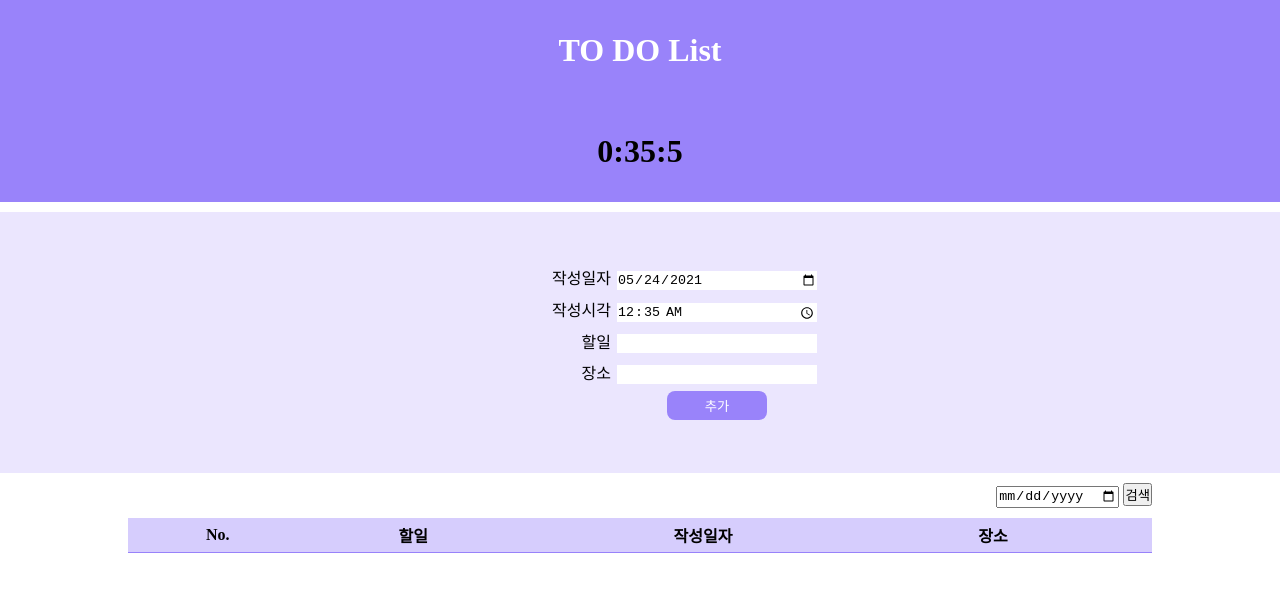
Repository: soyeon-noh/TodoList_Project
Page: http://localhost/Server_PR_TodoList/
These files come from the project's save history. The page is drawn as it stood at one moment and after the next save; the edit follows.
The browser window is 1280 px wide. The pictures show the whole page.
The page is served by Tomcat 9. Other server files are loaded and not shown. Queries for data that is not in the repository find no rows.

Above is the page before, as saved 2021-05-25 06:04:18.

### Server_PR_TodoList/src/main/webapp/WEB-INF/views/home.jsp
<%@ page language="java" contentType="text/html; charset=UTF-8"
    pageEncoding="UTF-8"%>
<%@ taglib uri="http://java.sun.com/jsp/jstl/core"
			prefix="c"%>
<c:set value="${pageContext.request.contextPath}"
		var="rootPath"/>
<!DOCTYPE html>
<html>
<head>
<meta charset="UTF-8">
<title>TODOList 메인화면</title>
<link href="${rootPath}/static/css/home.css?ver4" rel="stylesheet"/>

<style>

</style>


</head>
  <body>
  	<%@ include file="/WEB-INF/views/include_nav.jsp" %>
    <form class ="v1" method="POST">
    	<div>
    		<label for="date">작성일자</label>
    		<input name="td_date"
    				type="date" value="${TD.td_date}">
    	</div>

    	<div>
    		<label for="time">작성시각</label>
    		<input name="td_time"
    				type="time" value="${TD.td_time}">
    	</div>

    	<div>
    		<label for="todo">할일</label>
    		<input name="td_todo"
    				type="text" value="${TD.td_todo}">
    	</div>

    	<div>
    		<label for="place">장소</label>
    		<input name="td_place"
    				type="text" value="${TD.td_place}">
    	</div>
    	<div>
    		<label></label>
   			<button class="btn_insert" type="button">추가</button>
		</div>
    </form>

    <form class="select" method="GET">
    	<input name="select_date" type="date">
    	<button class="btn_select" type="button">
    		검색
    	</button>
    </form>

    <table id="tdlist">
      <tr>
        <th>No.</th>
        <th>할일</th>
        <th>작성일자</th>
        <th>장소</th>
        <th></th>
      </tr>
      <c:forEach items="${TDLIST}" var="TD" varStatus="i">
        <tr>
          <td>${i.count}</td>
          <td>${TD.td_todo}</td>
          <td>${TD.td_date}</td>
          <td>${TD.td_place}</td>
          <td><button class="btn_update" data-seq="${TD.td_seq}" type="button">
          		수정</button>
          		<button class="btn_delete" data-seq="${TD.td_seq}" type="button">
          		삭제</button></td>
        </tr>
      </c:forEach>
    </table>
  </body>

  <script>
  // html 코드가 다 화면에 뜨고 나서 실행하라는 명렁
  // 아래 한 줄의 코드가 있어야 어디든디 script를 넣을 수 있다.
	document.addEventListener("DOMContentLoaded",function(){

		document.querySelector("form.v1")
		.addEventListener("click", function(ev){
			let className = ev.target.className

			if(className == "btn_insert"){
				let td_todo = document.querySelector("input[name='td_todo']");
				if(td_todo.value == ""){
					alert("할 일은 반드시 입력해야합니다");
					td_todo.focus();
					return false;
				}

				document.querySelector("form.v1").submit();
			}
		})

		document.querySelector("form.select")
		.addEventListener("click", function(ev){
			let className = ev.target.className


			if(className == "btn_select"){
				let date = document.querySelector("input[name='select_date']")
				.value;

				if(date == ""){
					document
					.location
					.href= "${rootPath}";

					return false;
				}

				document
				.location
				.href= "${rootPath}"
						+ "/UD/select?td_date="
						+ date;
			}

		})

		document.querySelector("table#tdlist")
		.addEventListener("click", function(ev){
			let className = ev.target.className



			if(className == "btn_delete"){

				let seq = ev.target.dataset.seq
				alert(seq + " 삭제가 완료되었습니다.");

				document
				.location
				.replace( "${rootPath}"
						+ "/UD/delete?td_seq="
						+ seq )

			} else if(className == "btn_update"){

				let seq = ev.target.dataset.seq;

				document
				.location
				.href= "${rootPath}" +
						"/UD/update?td_seq="
						+ seq
			}

		})
	})
  </script>

</html>

### Server_PR_TodoList/src/main/webapp/WEB-INF/views/include_nav.jsp
<%@ page language="java" contentType="text/html; charset=UTF-8"
    pageEncoding="UTF-8"%>

<style>
	* {
		margin: 0;
		padding: 0;
		box-sizing: border-box;
	}

    h1.clock {
        color: black;
        text-align: center;
        background-color: rgba(153, 131, 250, 20);
        padding: 2rem;
    }

</style>
<h1>TO DO List</h1>
<h2 class="date"></h2>
<h1 class="clock"></h1>

<script>
	let date = document.querySelector(".date");

    function getDate(){
        const time = new Date();
        const year = time.getUTCFullYear();
        const month = time.getUTCMonth();
        const day = time.getUTCDay();
        date.textContent = year + "-" + month + "-" + day;
    }



	let clock = document.querySelector(".clock");

	function getTime() {
		  const time = new Date();
		  const hour = time.getHours();
		  const minutes = time.getMinutes();
		  const seconds = time.getSeconds();
		  clock.textContent = hour + ":" + minutes + ":" + seconds;



	}

	function init() {
	  setInterval(getTime, 1000);
	}

	init();
</script>

### Server_PR_TodoList/src/main/java/com/callor/todo/controller/HomeController.java
package com.callor.todo.controller;

import java.io.IOException;
import java.text.SimpleDateFormat;
import java.util.Date;
import java.util.List;

import javax.servlet.ServletException;
import javax.servlet.annotation.WebServlet;
import javax.servlet.http.HttpServlet;
import javax.servlet.http.HttpServletRequest;
import javax.servlet.http.HttpServletResponse;

import com.callor.todo.model.TodoListVO;
import com.callor.todo.service.TodoService;
import com.callor.todo.service.impl.TodoServiceImplV1;

@WebServlet("/")
public class HomeController extends HttpServlet{

	protected TodoService tdService;
	public HomeController() {
		tdService = new TodoServiceImplV1();
	}
	@Override
	protected void doGet(HttpServletRequest req, HttpServletResponse resp) throws ServletException, IOException {
		// TODO selectAll()
		List<TodoListVO> tdList = tdService.selectAll();
		req.setAttribute("TDLIST", tdList);

		// TODO insert()
		TodoListVO tdVO = new TodoListVO();

		// SimpleDateFormat : 날짜 및 시간을 형식화하고 구문 분석하는 메소드 제공
		SimpleDateFormat sd = new SimpleDateFormat("yyyy-MM-dd");
		SimpleDateFormat st = new SimpleDateFormat("HH:mm:ss");

		// 현재시간을 저장
		Date date = new Date(System.currentTimeMillis());

		// 현재 시간을 변환해 VO에 넣어준다
		tdVO.setTd_seq(0L);
		tdVO.setTd_date(sd.format(date));
		tdVO.setTd_time(st.format(date));

		req.setAttribute("TD", tdVO);

		// home.jsp 화면을 보여줘라
		RequestController.reqController(req, resp, "home");
	}
	@Override
	protected void doPost(HttpServletRequest req, HttpServletResponse resp) throws ServletException, IOException {
		// TODO insert()

		// 한글 인코딩 세팅
		req.setCharacterEncoding("UTF-8");

		// user가 입력한 data 확인
		String td_date = req.getParameter("td_date");
		String td_time = req.getParameter("td_time");
		String td_todo = req.getParameter("td_todo");
		String td_place = req.getParameter("td_place");

		TodoListVO tdVO = new TodoListVO();
		tdVO.setTd_date(td_date);
		tdVO.setTd_time(td_time);
		tdVO.setTd_todo(td_todo);
		tdVO.setTd_place(td_place);

		tdService.insert(tdVO);

		System.out.println("insert : " + tdVO);

		resp.sendRedirect("/todo");
	}

}

### Server_PR_TodoList/src/main/java/com/callor/todo/service/impl/TodoServiceImplV1.java
package com.callor.todo.service.impl;

import java.sql.Connection;
import java.sql.PreparedStatement;
import java.sql.ResultSet;
import java.sql.SQLException;
import java.util.ArrayList;
import java.util.List;

import com.callor.todo.config.DbInfo;
import com.callor.todo.config.MySQLConnection;
import com.callor.todo.model.TodoListVO;
import com.callor.todo.service.TodoService;

public class TodoServiceImplV1 implements TodoService{

	// 먼저 db와 연결
	protected Connection dbConn;

	public TodoServiceImplV1() {
		dbConn = MySQLConnection.getDBConnection();
	}


	protected List<TodoListVO> select(PreparedStatement pStr) throws SQLException{
		// TODO DB로부터 데이터를 받아와 List에 저장
		List<TodoListVO> tdList = new ArrayList<TodoListVO>();

		ResultSet rSet = pStr.executeQuery();
		while(rSet.next()) {
			TodoListVO tdVO = new TodoListVO();
			tdVO.setTd_seq(rSet.getLong(DbInfo.td_seq));
			tdVO.setTd_date(rSet.getString(DbInfo.td_date));
			tdVO.setTd_time(rSet.getString(DbInfo.td_time));
			tdVO.setTd_todo(rSet.getString(DbInfo.td_todo));
			tdVO.setTd_place(rSet.getString(DbInfo.td_place));
			tdList.add(tdVO);
		}

		// 데이터 확인
		System.out.println("select : " + tdList.toString());
		return tdList;
	}

	@Override
	public List<TodoListVO> selectAll() {
		// TODO List 전체 데이터 조회

		String sql = " SELECT * FROM tbl_todo_list ";
		sql += " ORDER BY td_date DESC, td_time DESC ";

		PreparedStatement pStr = null;

		try {
			pStr = dbConn.prepareStatement(sql);
			List<TodoListVO> tdList = this.select(pStr);
			pStr.close();

			System.out.println("selectAll : " + tdList.toString());
			return tdList;
		} catch (SQLException e) {
			// TODO Auto-generated catch block
			e.printStackTrace();
		}
		return null;
	}

	@Override
	public TodoListVO findById(Long seq) {
		// TODO 일련번호로 조회
		String sql = " SELECT * FROM tbl_todo_list ";
		sql += " WHERE td_seq = ? ";

		PreparedStatement pStr = null;

		try {
			pStr = dbConn.prepareStatement(sql);
			pStr.setLong(1, seq);

			List<TodoListVO> tdList = this.select(pStr);

			pStr.close();

			if(tdList != null && tdList.size() > 0) {
				return tdList.get(0);
			}


		} catch (SQLException e) {
			// TODO Auto-generated catch block
			e.printStackTrace();
		}
		return null;
	}

	@Override
	public List<TodoListVO> findByDate(String td_date) {
		// TODO 날짜로 조회
		String sql = " SELECT * FROM tbl_todo_list ";
		sql += " WHERE td_date = ? ";

		PreparedStatement pStr = null;

		try {
			pStr = dbConn.prepareStatement(sql);
			pStr.setString(1, td_date);

			List<TodoListVO> tdList = this.select(pStr);

			pStr.close();
			return tdList;

		} catch (SQLException e) {
			// TODO Auto-generated catch block
			e.printStackTrace();
		}
		return null;
	}

	@Override
	public List<TodoListVO> findByTodo(String td_todo) {
		// TODO 할일내용으로 조회
		return null;
	}

	@Override
	public List<TodoListVO> findByPlace(String td_place) {
		// TODO 장소로 조회
		return null;
	}

	@Override
	public Integer insert(TodoListVO tdVO) {
		// TODO 데이터 추가

		String sql = " INSERT INTO tbl_todo_list ";
		sql += " ( ";
		sql += " td_date, ";
		sql += " td_time, ";
		sql += " td_todo, ";
		sql += " td_place) ";
		sql += " VALUES( ?,?,?,? ) ";


		// SQL 구문을 실행시키는 객체
		PreparedStatement pStr = null;

		try {
			pStr = dbConn.prepareStatement(sql);
			pStr.setString(1, tdVO.getTd_date());
			pStr.setString(2, tdVO.getTd_time());
			pStr.setString(3, tdVO.getTd_todo());
			pStr.setString(4, tdVO.getTd_place());

			return pStr.executeUpdate();

		} catch (SQLException e) {
			// TODO Auto-generated catch block
			e.printStackTrace();
		}
		return null;
	}


	@Override
	public Integer update(TodoListVO tdVO) {
		// TODO 데이터 업데이트
		String sql = " UPDATE tbl_todo_list SET ";
		sql += " td_date = ?, ";
		sql += " td_time = ?, ";
		sql += " td_todo = ?, ";
		sql += " td_place = ? ";

		sql += " WHERE td_seq = ? ";

		PreparedStatement pStr = null;

		try {
			pStr = dbConn.prepareStatement(sql);
			pStr.setString(1, tdVO.getTd_date());
			pStr.setString(2, tdVO.getTd_time());
			pStr.setString(3, tdVO.getTd_todo());
			pStr.setString(4, tdVO.getTd_place());

			pStr.setLong(5, tdVO.getTd_seq());
			return pStr.executeUpdate();

		} catch (SQLException e) {
			// TODO Auto-generated catch block
			e.printStackTrace();
		}

		return null;
	}

	@Override
	public Integer delete(Long seq) {
		// TODO 데이터 삭제

		String sql = " DELETE FROM tbl_todo_list ";
		sql += "WHERE td_seq = ?";

		PreparedStatement pStr = null;

		try {
			pStr = dbConn.prepareStatement(sql);
			pStr.setLong(1, seq);
			return pStr.executeUpdate();

		} catch (SQLException e) {
			// TODO Auto-generated catch block
			e.printStackTrace();
		}
		return null;
	}
}

### Server_PR_TodoList/src/main/java/com/callor/todo/config/MySQLConnection.java
package com.callor.todo.config;

import java.sql.Connection;
import java.sql.DriverManager;
import java.sql.SQLException;

public class MySQLConnection {

	private static Connection dbConn;

	static {

		String jdbcDriver = "com.mysql.cj.jdbc.Driver";
		String url = "jdbc:mysql://localhost:3306/todolist";
		String username = "tdUser";
		String password = "12345";

		try {
			Class.forName(jdbcDriver);
			if(dbConn == null) {
				dbConn = DriverManager.getConnection(url, username, password);
			}
			System.out.println("MySQL 접속 성공!!");
		} catch (ClassNotFoundException e) {
			System.out.println("MySQL Driver 를 찾을 수 없음");
		} catch (SQLException e) {
			System.out.println("MySQL DBMS 연결 실패");
		}
	}

	public static Connection getDBConnection() {
		return dbConn;
	}

}

### Server_PR_TodoList/src/main/java/com/callor/todo/model/TodoListVO.java
package com.callor.todo.model;

import lombok.AllArgsConstructor;
import lombok.Getter;
import lombok.NoArgsConstructor;
import lombok.Setter;
import lombok.ToString;

@Getter
@Setter
@ToString
@NoArgsConstructor
@AllArgsConstructor
public class TodoListVO {

	private Long td_seq;	//BIGINT
    private String td_date;	//VARCHAR(20)
    private String td_time;	//VARCHAR(20)
	private String td_todo;	//VARCHAR(200)
    private String td_place;	//VARCHAR(125)
}

### Server_PR_TodoList/src/main/java/com/callor/todo/controller/RequestController.java
package com.callor.todo.controller;

import java.io.IOException;

import javax.servlet.ServletException;
import javax.servlet.http.HttpServlet;
import javax.servlet.http.HttpServletRequest;
import javax.servlet.http.HttpServletResponse;

public class RequestController extends HttpServlet{

	public static void reqController (HttpServletRequest req,
			HttpServletResponse resp, String file) throws ServletException, IOException {

		String root = "/WEB-INF/views/" + file + ".jsp";

		req.getRequestDispatcher(root)
		.forward(req, resp);


	}

}

### Server_PR_TodoList/src/main/webapp/static/css/home.css
@charset "UTF-8";

/* 여백 초기화 */
* {
	margin: 0;
	padding: 0;
	box-sizing: border-box;
}

h1 {
	color: white;
	text-align: center;
	background-color: rgba(153,131,250,1);
	padding: 2rem;

}

form.v1 {
	background-color: rgba(153,131,250,0.2);
	padding: 3rem 5rem 3rem 5rem;
	margin: 10px auto;
}

form.v1 div {
	text-align: center;
	margin: 5px;
}

form.v1 div label{
	display: inline-block;

	width: 150px;
	text-align: right;
}

form.v1 input{
	width: 200px;
	border: 1px;
	height: 1.2rem;
	margin: 2px;
}

form.v1 div button{
		outline: 0;
		border: 0;
		width: 100px;
		color: white;
		padding: 5px;
		background-color: rgba(153,131,250,1);
		border-radius: 8px;


}

/* 여기왜안됨*/
form.select{
	text-align: right;
	width: 80%;
	margin: 10px auto;
}

table {
	border-collapse: collapse;
	width: 80%;
	margin: 10px auto;
}

td, th {
	border-bottom: 1px solid #9882FA;
	padding: 5px;
	text-align: center;
}

th {
	background-color: rgba(153,131,250,0.4);
}

After the next save:
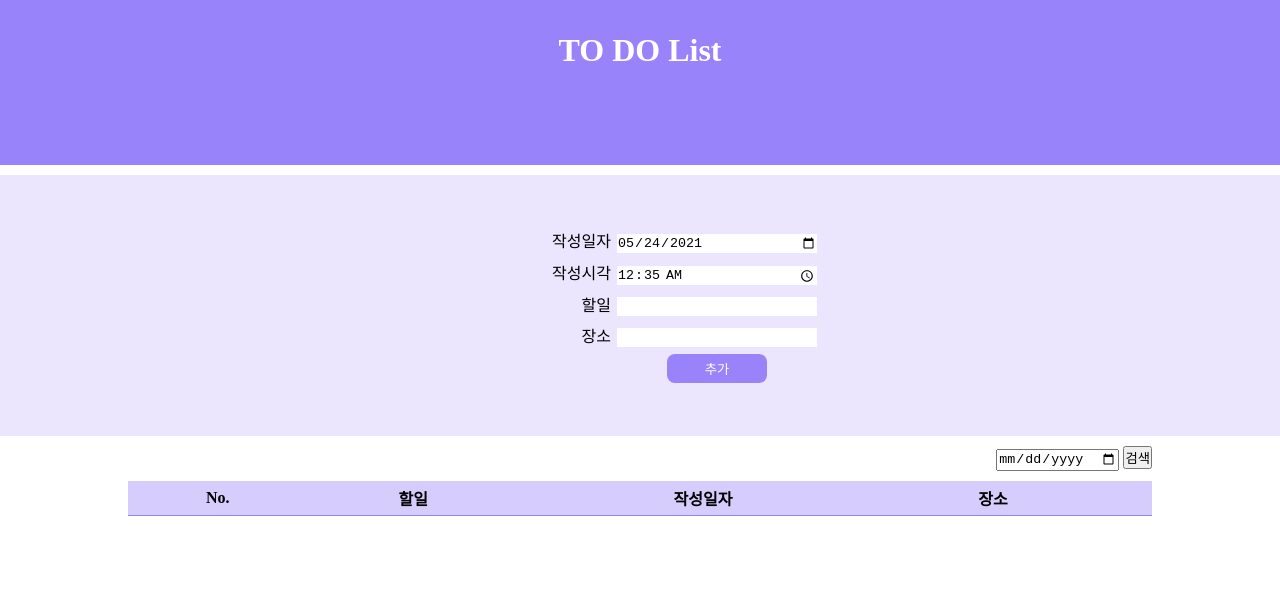
Console error: TypeError: Assignment to constant variable.
Saved 105 s later.
--- a/Server_PR_TodoList/src/main/webapp/WEB-INF/views/include_nav.jsp
+++ b/Server_PR_TodoList/src/main/webapp/WEB-INF/views/include_nav.jsp
@@ -35,16 +35,30 @@
 
 	let clock = document.querySelector(".clock");
 
+
+	function checkTime(i){
+		if(i< 10){
+			i = "0" + i;
+		}
+		return i;
+	}
+
 	function getTime() {
+
 		  const time = new Date();
 		  const hour = time.getHours();
 		  const minutes = time.getMinutes();
 		  const seconds = time.getSeconds();
+
+		  hour = checkTime(hour);
+		  minutes = checkTime(minutes);
+		  seconds = checkTime(seconds);
+
 		  clock.textContent = hour + ":" + minutes + ":" + seconds;
 
+	}
 
 
-	}
 
 	function init() {
 	  setInterval(getTime, 1000);

After the save that followed:
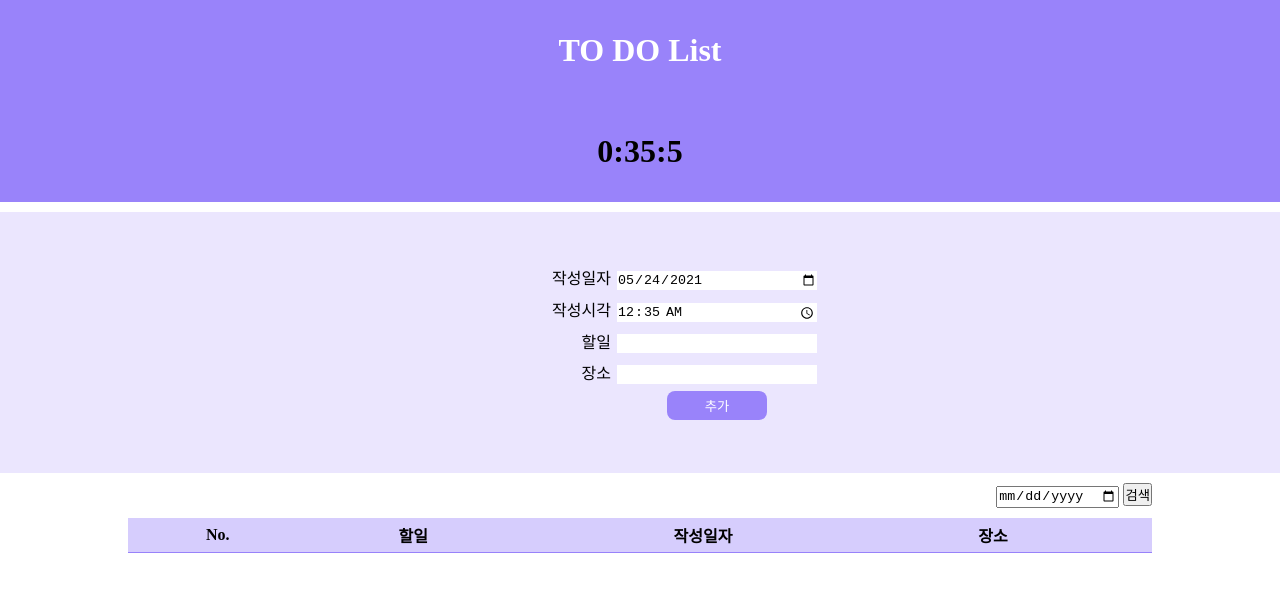
The error is gone.
Saved 92 s later.
--- a/Server_PR_TodoList/src/main/webapp/WEB-INF/views/include_nav.jsp
+++ b/Server_PR_TodoList/src/main/webapp/WEB-INF/views/include_nav.jsp
@@ -50,9 +50,7 @@
 		  const minutes = time.getMinutes();
 		  const seconds = time.getSeconds();
 
-		  hour = checkTime(hour);
-		  minutes = checkTime(minutes);
-		  seconds = checkTime(seconds);
+
 
 		  clock.textContent = hour + ":" + minutes + ":" + seconds;
 
